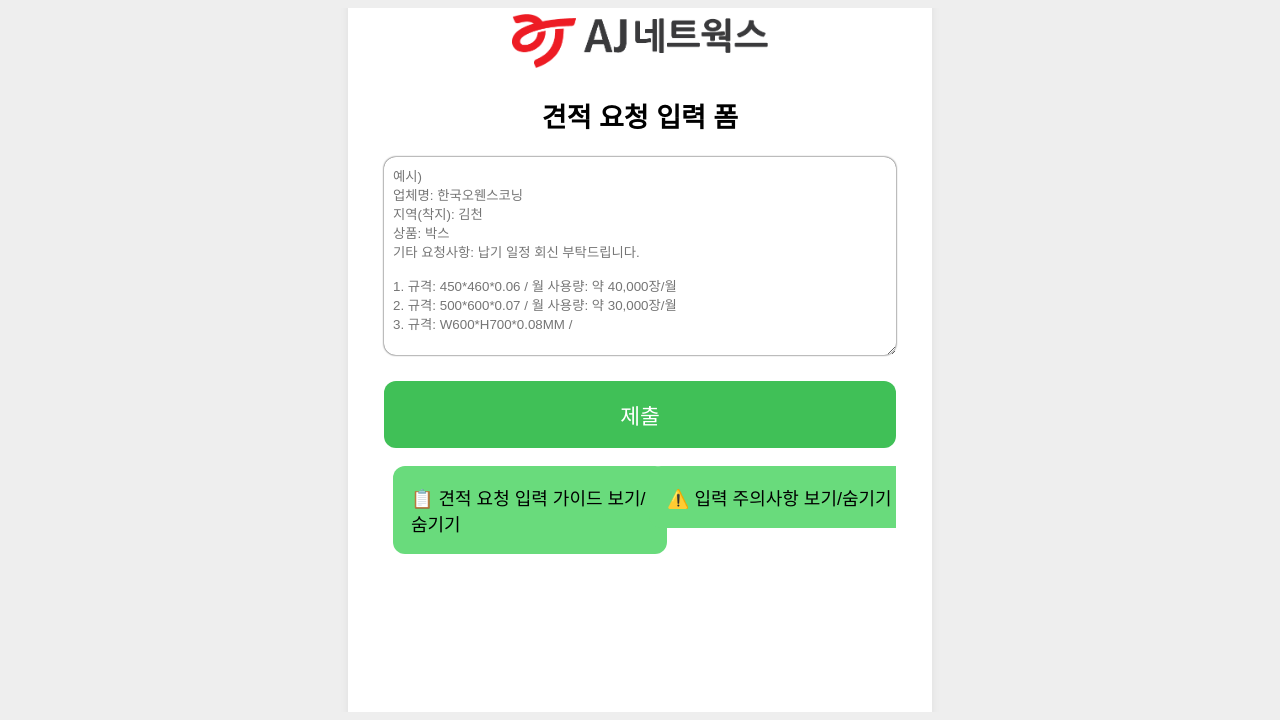
Repository: deul428/logis_test
Page: index.html
These files come from the project's save history. The page is drawn as it stood at one moment and after a run of saves; the edit follows.
The browser window is 1280 px wide. The pictures show the whole page.
Some web fonts or font styles are not loaded; a fallback is used.

Above is the page before, as saved 2025-09-17 09:14:18.

After the next 2 saves:
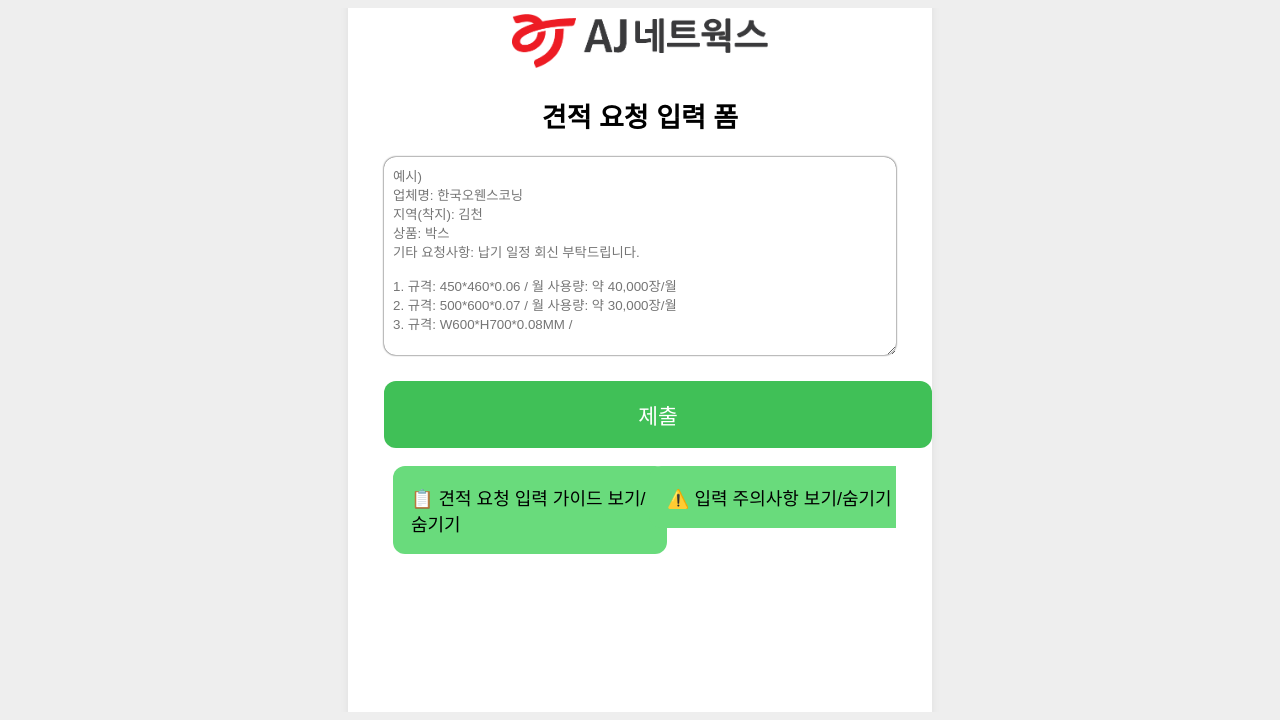
The 2 saves are shown as one change because they came seconds apart.
The last was saved 10 s later.
--- a/styles/common.css
+++ b/styles/common.css
@@ -59,16 +59,8 @@
 #input_area label {
 }
 #input_area button {
-  all: unset;
-  width: 100%;
   background: #40c057;
   color: #fff;
-  font-style: 800;
-  font-size: 1.2rem;
-  padding: 1rem 0;
-  border-radius: 12px;
-  transition: background 0.3s linear;
-  cursor: pointer;
 }
 #input_area button:hover {
   background: #37b24d;

After the save that followed:
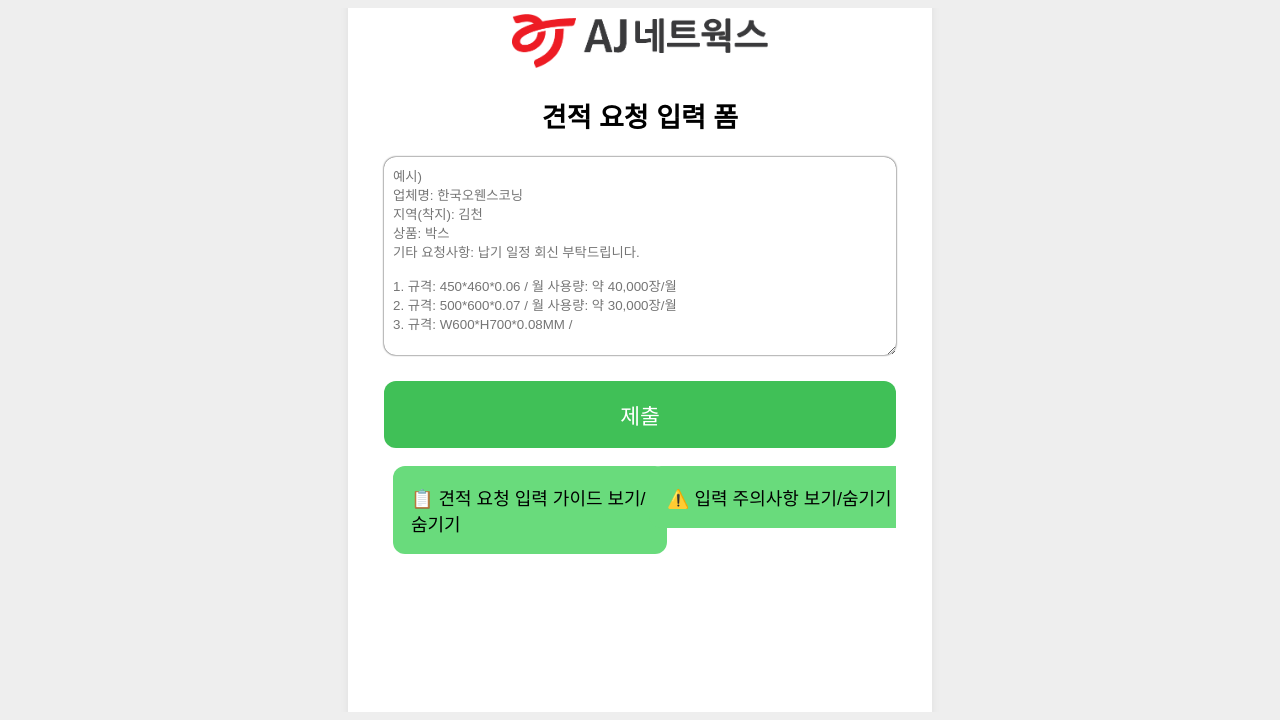
Saved 13 s later.
--- a/styles/common.css
+++ b/styles/common.css
@@ -112,7 +112,7 @@
 .wrap button {
   z-index: 999;
   all: unset;
-  width: 100%;
+  width: calc(100% - 2rem);
   font-style: 800;
   font-size: 1.2rem;
   padding: 1rem;
